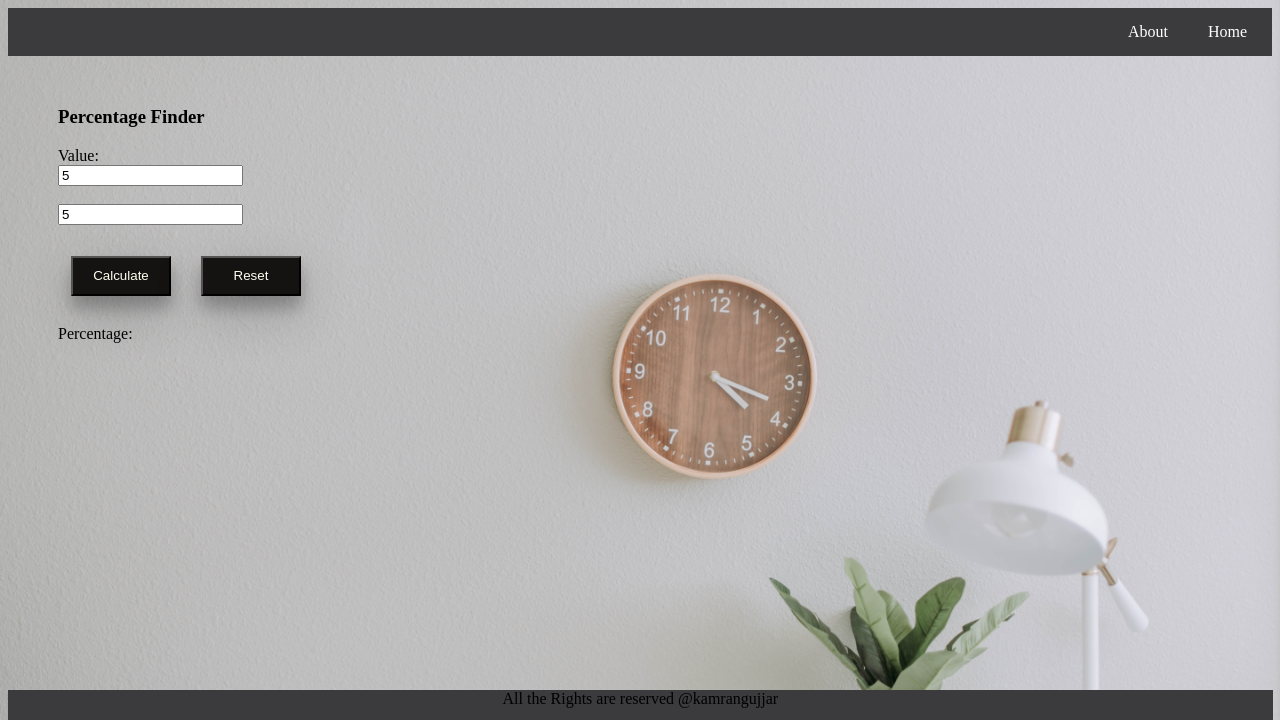
Repository: Kamrangujjar85112/Length-Converter
Page: html/percentage.html
These files come from the project's save history. The page is drawn as it stood at one moment and after the next save; the edit follows.
The browser window is 1280 px wide. The pictures show the whole page.
Empty fields were first filled with sample values (such as "Sample", 5 or name@example.com).
After loading, the first visible `#convert` was clicked once.

Above is the page before, as saved 2022-01-21 10:41:13.
Console error: TypeError: Cannot read properties of null (reading 'value')

After the next save:
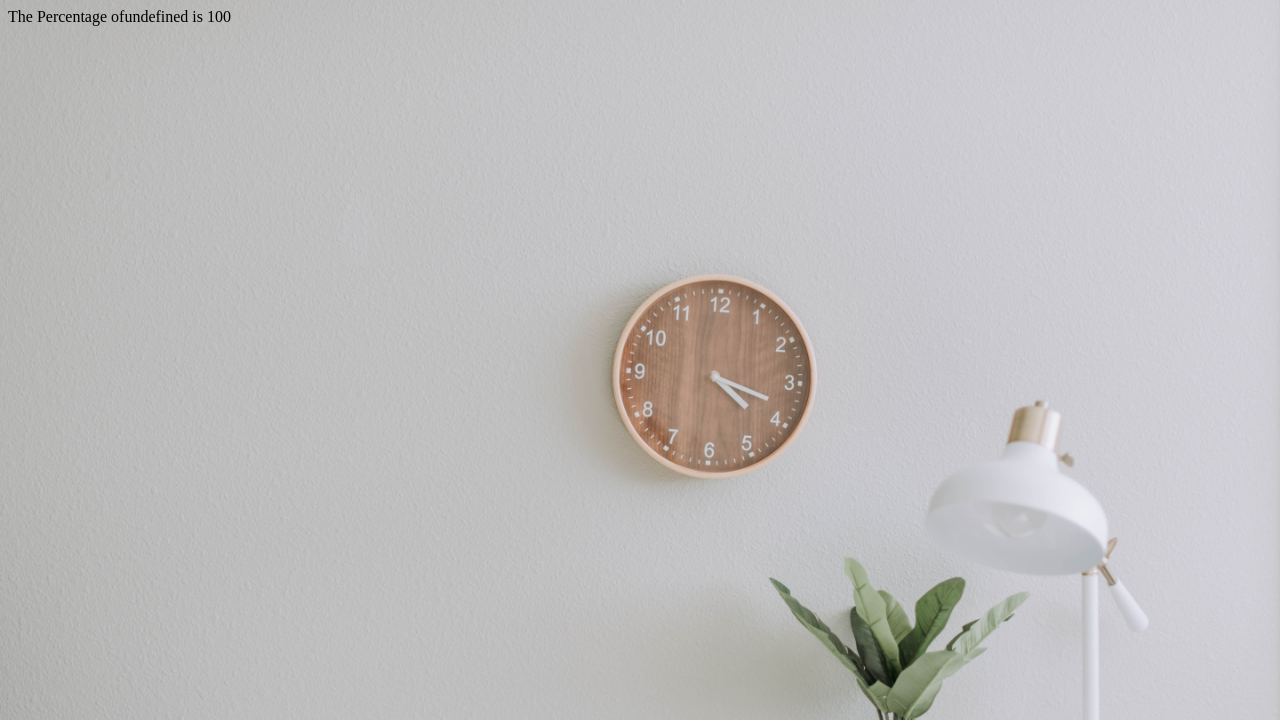
Saved 2 min 38 s later.
--- a/js/converter.js
+++ b/js/converter.js
@@ -47,7 +47,7 @@ convert.addEventListener('click', function converter(){
     const fValue = inputFValue.value;
     const sValue = 100 / inputSValue.value;
     const p = fValue * sValue;
-    document.getElementById('percent').innerHTML = 'The Percentage of' +fValue.value +' is ' +p ;
+    document.body.innerHTML = 'The Percentage of' +fValue.value +' is ' +p ;
 });
 
 // // reset
